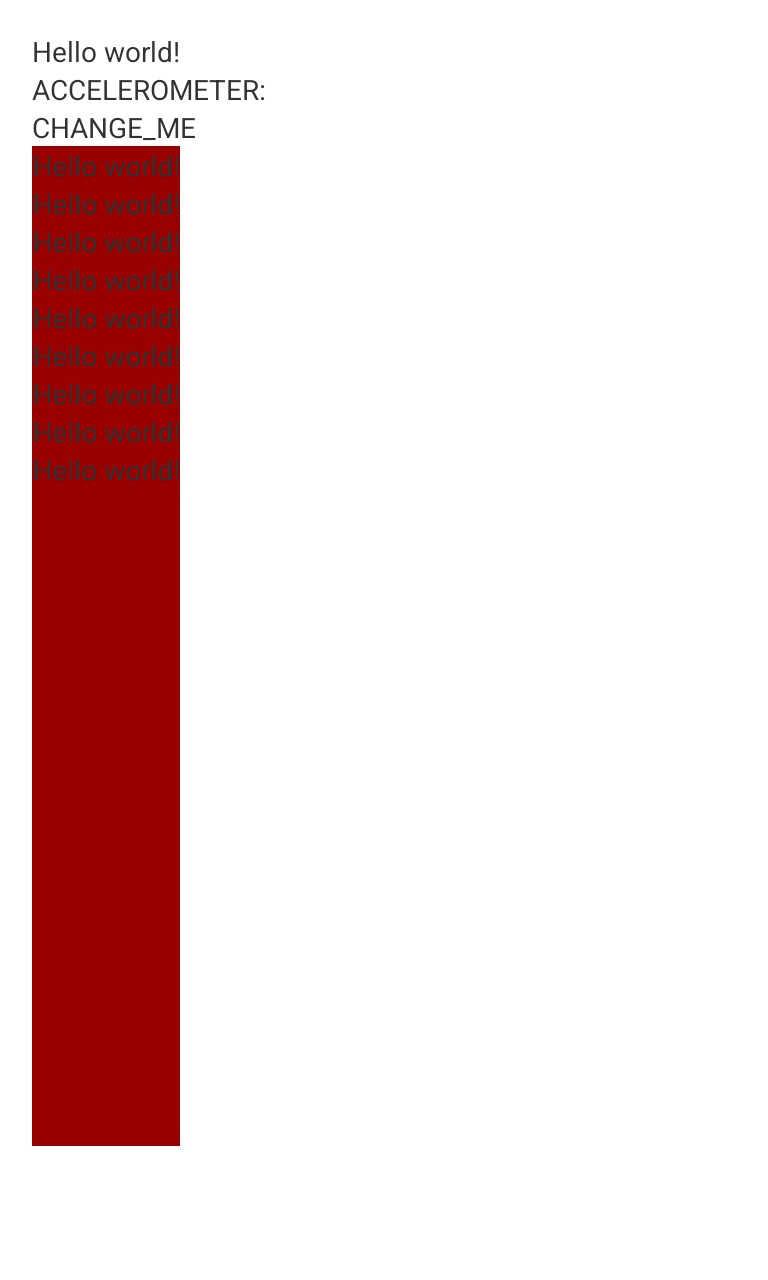
Repository: acrabb/soundcloudtest
Layout: HelloWorld/res/layout/activity_main.xml
These files come from the project's save history. The layout is drawn as it stood at one moment and after the next save; the edit follows.
It is drawn on a 768 x 1280 px phone screen (xhdpi) without system bars, with theme AppTheme; the app's code is not run.

Above is the layout before, as saved 2013-10-07 09:02:19.

### HelloWorld/res/layout/activity_main.xml
<RelativeLayout xmlns:android="http://schemas.android.com/apk/res/android"
    xmlns:tools="http://schemas.android.com/tools"
    android:layout_width="match_parent"
    android:layout_height="match_parent"
    android:paddingBottom="@dimen/activity_vertical_margin"
    android:paddingLeft="@dimen/activity_horizontal_margin"
    android:paddingRight="@dimen/activity_horizontal_margin"
    android:paddingTop="@dimen/activity_vertical_margin"
    tools:context=".MainActivity" >

    <TextView
        android:id="@+id/hello"
        android:layout_width="wrap_content"
        android:layout_height="wrap_content"
        android:text="@string/hello_world" />
    <TextView
        android:id="@+id/accel_label"
        android:layout_width="wrap_content"
        android:layout_height="wrap_content"
        android:layout_below="@id/hello"
        android:text="ACCELEROMETER: " />
    <TextView
        android:id="@+id/accel_num"
        android:layout_width="wrap_content"
        android:layout_height="wrap_content"
        android:layout_below="@id/accel_label"
        android:text="CHANGE_ME" />
    <ScrollView
        android:id="@+id/list_thing"
        android:layout_width="wrap_content"
        android:layout_height="500dp"
        android:layout_below="@id/accel_num"
        android:background="#990000"
        >

        <LinearLayout
            android:layout_width="wrap_content"
	        android:layout_height="wrap_content"
	        android:orientation="vertical"
            >
            <TextView
		        android:layout_width="wrap_content"
		        android:layout_height="wrap_content"
		        android:text="@string/hello_world" />
            <TextView
		        android:layout_width="wrap_content"
		        android:layout_height="wrap_content"
		        android:text="@string/hello_world" />
            <TextView
		        android:layout_width="wrap_content"
		        android:layout_height="wrap_content"
		        android:text="@string/hello_world" />
            <TextView
		        android:layout_width="wrap_content"
		        android:layout_height="wrap_content"
		        android:text="@string/hello_world" />
            <TextView
		        android:layout_width="wrap_content"
		        android:layout_height="wrap_content"
		        android:text="@string/hello_world" />
            <TextView
		        android:layout_width="wrap_content"
		        android:layout_height="wrap_content"
		        android:text="@string/hello_world" />
            <TextView
		        android:layout_width="wrap_content"
		        android:layout_height="wrap_content"
		        android:text="@string/hello_world" />
            <TextView
		        android:layout_width="wrap_content"
		        android:layout_height="wrap_content"
		        android:text="@string/hello_world" />
            <TextView
		        android:layout_width="wrap_content"
		        android:layout_height="wrap_content"
		        android:text="@string/hello_world" />
        </LinearLayout>
    </ScrollView>

</RelativeLayout>

### HelloWorld/res/values/strings.xml
<?xml version="1.0" encoding="utf-8"?>
<resources>

    <string name="app_name">Hello World</string>
    <string name="action_settings">Settings</string>
    <string name="hello_world">Hello world!</string>

</resources>

Loaded but not shown: HelloWorld/res/values/styles.xml (common file); HelloWorld/res/values-v11/styles.xml (common file); HelloWorld/res/values-v14/styles.xml (common file); HelloWorld/res/values/dimens.xml (common file)

After the next save:
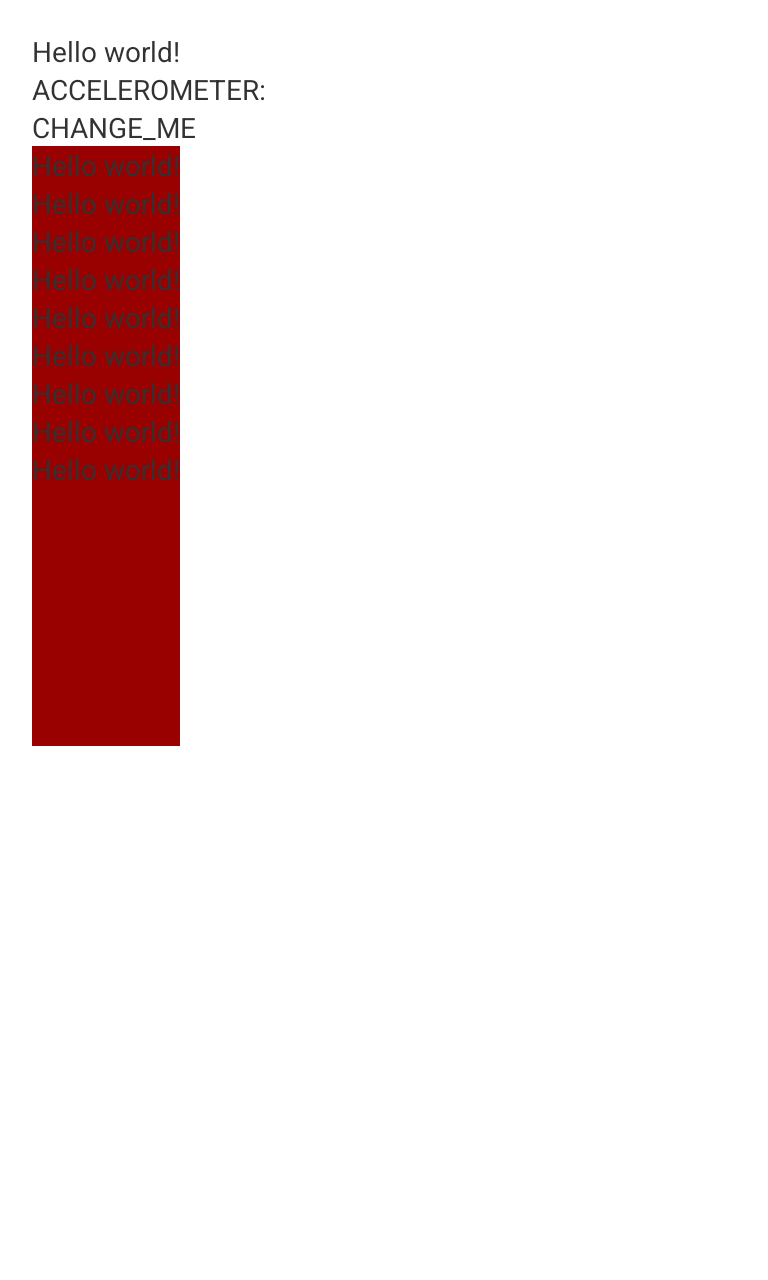
Saved 7 s later.
--- a/HelloWorld/res/layout/activity_main.xml
+++ b/HelloWorld/res/layout/activity_main.xml
@@ -28,7 +28,7 @@
     <ScrollView
         android:id="@+id/list_thing"
         android:layout_width="wrap_content"
-        android:layout_height="500dp"
+        android:layout_height="300dp"
         android:layout_below="@id/accel_num"
         android:background="#990000"
         >
